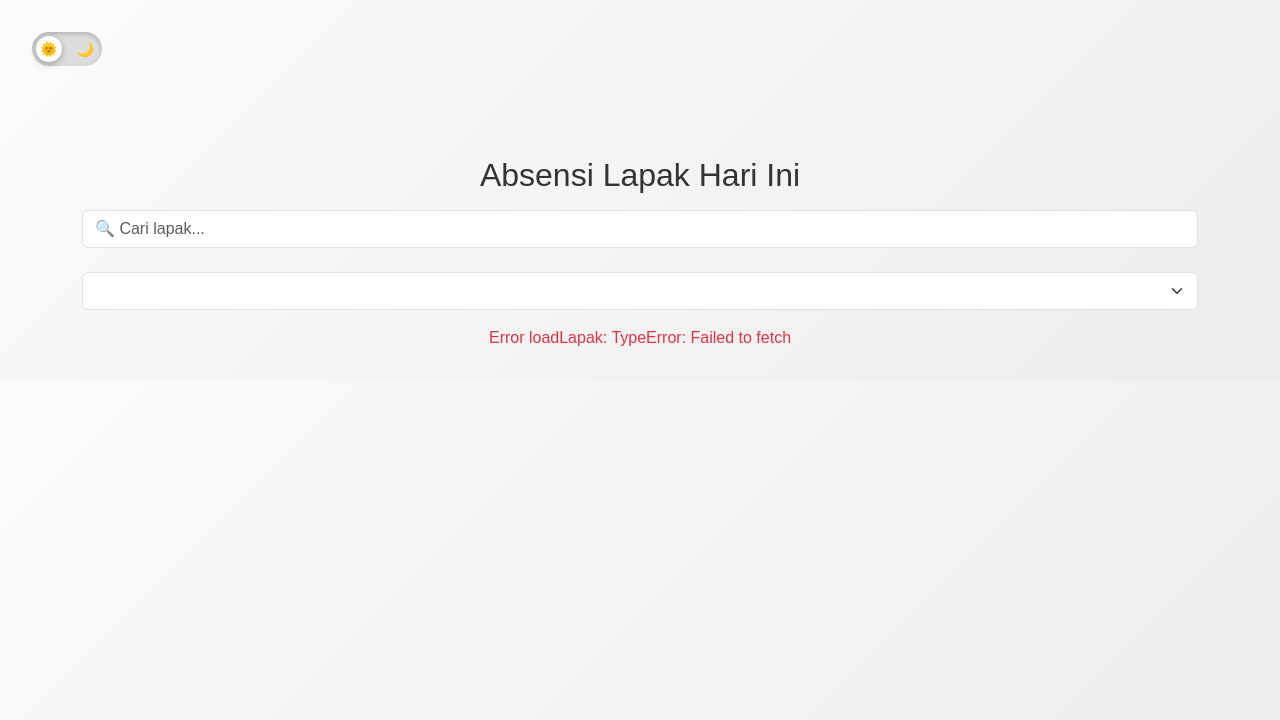
Repository: pasarrakyatbak/absensi
Page: index.html
An editor plug-in stored every save of this project. The page is shown before and after the next save, followed by the edit.
The browser window is 1280 px wide. The pictures show the whole page.
The page's requests for data from a server got no answer.

Above is the page before, as saved 2025-09-22 05:59:39.

### index.html
<!DOCTYPE html>
<html lang="id">

<head>
    <meta charset="UTF-8">
    <meta name="viewport" content="width=device-width, initial-scale=1.0">
    <title>Absensi Lapak</title>
    <link href="https://cdn.jsdelivr.net/npm/bootstrap@5.3.2/dist/css/bootstrap.min.css" rel="stylesheet">
    <link rel="stylesheet" href="style.css">
</head>

<body class="p-3">
    <!-- Toggle Dark Mode -->
    <div class="dark-toggle mb-3">
        <input type="checkbox" id="darkSwitch">
        <label for="darkSwitch" class="toggle-label">
            <span class="toggle-icon">🌞</span>
            <span class="toggle-ball"></span>
            <span class="toggle-icon">🌙</span>
        </label>
    </div>

    <div class="container">

        <!-- Ringkasan -->
        <div id="lapakSummary" class="summary-cards mb-4"></div>

        <!-- Info Banner -->
        <div id="absensiInfoBanner" class="alert text-center mb-3"></div>
        <!-- Judul & Search -->
        <h2 class="mb-3 text-center">Absensi Lapak Hari Ini</h2>
        <input type="text" id="searchInput" class="form-control mb-4" placeholder="🔍 Cari lapak...">
        <select id="lapakPageSelect" class="form-select mb-3">
            <!-- Option akan diisi otomatis dari JS -->
        </select>
        <!-- Daftar Lapak -->
        <div id="lapakContainer" class="row"></div>
    </div>

    <!-- Modal Absensi -->
    <div id="absensiModal" class="modal-overlay">
        <div class="modal-content">
            <h5 id="absensiInfo"></h5>
            <div id="modalStatusLabel" class="mb-3"></div> <!-- badge tampil di sini -->
            <button id="modalAbsenBtn">Absen</button>
            <button class="btn btn-secondary" onclick="closeAbsensiModal()">Tutup</button>
        </div>
    </div>


    <!-- Loader -->
    <div id="absensiLoading" class="d-none">
        <div class="loader-content text-center">
            <div class="spinner-border text-light" role="status" style="width:3rem;height:3rem;"></div>
            <p id="absensiLoadingText" class="text-white mt-2">Sedang memproses...</p>
        </div>
    </div>

    <script src="script.js"></script>
</body>

</html>

### style.css
body {
    background: linear-gradient(135deg, #fdfbfb, #ebedee);
    font-family: 'Poppins', sans-serif;
    color: #333;
    transition: background 0.3s ease, color 0.3s ease;
    margin: 0;
    padding: 0;
}

body.dark {
    background: linear-gradient(135deg, #0f2027, #203a43, #2c5364);
    color: #f1f1f1;
}

/* ================= Card umum ================= */
.lapak-card {
    position: relative;
    overflow: hidden;
    border-radius: 16px;
    padding: 1rem;
    backdrop-filter: blur(8px);
    transition: transform 0.25s ease, box-shadow 0.25s ease, background 0.3s ease, border 0.3s ease, color 0.3s ease;
    box-shadow: 0 4px 12px rgba(0, 0, 0, 0.08);
}

.lapak-badge {
    position: absolute;
    top: 10px;
    left: 10px;
    padding: 0.25rem 0.5rem;
    font-size: 0.75rem;
    font-weight: 600;
    border-radius: 8px;
    color: #fff;
    z-index: 2;
    box-shadow: 0 2px 6px rgba(0, 0, 0, 0.15);
    transition: background 0.3s ease, transform 0.25s ease;
}

/* Warna badge sesuai status */
.lapak-badge.bg-success {
    background-color: #28a745;
}

.lapak-badge.bg-danger {
    background-color: #dc3545;
}

/* Dark mode badge */
body.dark .lapak-badge.bg-success {
    background-color: #4caf50;
}

body.dark .lapak-badge.bg-danger {
    background-color: #b23c3c;
}

/* Hover effect */
.lapak-card:hover {
    transform: translateY(-6px);
    box-shadow: 0 10px 25px rgba(0, 0, 0, 0.2);
}

.lapak-card.disabled {
    pointer-events: none;
    opacity: 0.6;
}

/* Default teks dalam card */
.lapak-card .card-title,
.lapak-card .card-text,
.lapak-card .status-text {
    color: inherit;
    transition: color 0.3s ease;
}

/* ================= Modal ================= */
#absensiModal {
    display: none;
    position: fixed;
    top: 0;
    left: 0;
    width: 100%;
    height: 100%;
    background: rgba(0, 0, 0, 0.6);
    backdrop-filter: blur(6px);
    justify-content: center;
    align-items: center;
    z-index: 1050;
    padding: 1rem;
    box-sizing: border-box;
}

#absensiModal .modal-content {
    background: rgba(255, 255, 255, 0.9);
    padding: 1.5rem;
    border-radius: 16px;
    text-align: center;
    max-width: 400px;
    width: 100%;
    transition: background 0.3s ease, color 0.3s ease, transform 0.25s ease;
    box-shadow: 0 8px 24px rgba(0, 0, 0, 0.2);
}

#absensiModal .modal-content:hover {
    transform: scale(1.02);
}

body.dark #absensiModal .modal-content {
    background: rgba(30, 30, 30, 0.95);
    color: #f1f1f1;
}

/* ================= Loader ================= */
#absensiLoading {
    position: fixed;
    top: 0;
    left: 0;
    width: 100%;
    height: 100%;
    background: rgba(0, 0, 0, 0.7);
    justify-content: center;
    align-items: center;
    z-index: 2000;
    backdrop-filter: blur(6px);
}

/* ================= Sudah hadir ================= */
.lapak-card.hadir {
    background-color: #d4edda;
    /* hijau muda */
    border: 1px solid #c3e6cb;
    color: #155724;
    /* teks hijau gelap */
}

body.dark .lapak-card.hadir {
    background: rgba(45, 62, 51, 0.8);
    border: 1px solid #4caf50;
    color: #90ee90;
}

/* ================= Belum hadir ================= */
.lapak-card.belum {
    background-color: #f8d7da;
    /* merah muda */
    border: 1px solid #f5c6cb;
    color: #721c24;
    /* teks merah gelap */
}

.lapak-card {
    transition: background-color 0.3s, border-color 0.3s, color 0.3s;
}

body.dark .lapak-card.belum {
    background: rgba(30, 30, 30, 0.9);
    border: 1px solid #444;
    color: #f1f1f1;
}

/* ================= Toggle wrapper ================= */
.dark-toggle {
    display: flex;
    justify-content: flex-start;
    align-items: center;
    margin: 1rem;
}

/* Hidden checkbox */
.dark-toggle input {
    display: none;
}

/* Label sebagai saklar */
.toggle-label {
    background: #ddd;
    border-radius: 50px;
    cursor: pointer;
    display: flex;
    align-items: center;
    justify-content: space-between;
    width: 70px;
    height: 34px;
    position: relative;
    transition: background 0.3s ease;
    padding: 0 8px;
    font-size: 14px;
    box-shadow: inset 0 2px 5px rgba(0, 0, 0, 0.2);
}

/* Bulatan */
.toggle-ball {
    position: absolute;
    top: 4px;
    left: 4px;
    width: 26px;
    height: 26px;
    background: #fff;
    border-radius: 50%;
    transition: transform 0.3s ease, background 0.3s ease;
    box-shadow: 0 2px 6px rgba(0, 0, 0, 0.3);
}

/* Ikon matahari 🌞 dan bulan 🌙 */
.toggle-icon {
    z-index: 2;
}

/* Aktif (dark mode) */
.dark-toggle input:checked+.toggle-label {
    background: #444;
}

.dark-toggle input:checked+.toggle-label .toggle-ball {
    transform: translateX(36px);
    background: #90ee90;
}

/* ================= Summary Cards ================= */
.summary-cards {
    display: flex;
    gap: 1rem;
    flex-wrap: wrap;
    justify-content: center;
}

.summary-card {
    flex: 1 1 120px;
    min-width: 120px;
    padding: 1rem;
    border-radius: 12px;
    text-align: center;
    font-weight: 600;
    box-shadow: 0 4px 12px rgba(0, 0, 0, 0.08);
    transition: background 0.3s ease, color 0.3s ease;
}

.summary-card.total {
    background: #e3f2fd;
    color: #1565c0;
}

.summary-card.hadir {
    background: #d4edda;
    color: #155724;
}

.summary-card.belum {
    background: #f8d7da;
    color: #721c24;
}

.summary-card div {
    margin-top: 4px;
    font-weight: normal;
}

.summary-progress .progress {
    background: rgba(0, 0, 0, 0.1);
}

body.dark .summary-progress .progress {
    background: rgba(255, 255, 255, 0.1);
}

.progress-bar {
    font-size: 0.85rem;
    font-weight: 600;
    color: #fff;
    text-align: center;
}

/* Dark mode */
body.dark .summary-card.total {
    background: #1e3a5f;
    color: #90caf9;
}

body.dark .summary-card.hadir {
    background: #2d3e33;
    color: #90ee90;
}

body.dark .summary-card.belum {
    background: #5c2b2b;
    color: #f28b82;
}

/* ================= Modal Tombol ================= */
#modalAbsenBtn {
    width: 100%;
    padding: 0.75rem;
    font-size: 1.1rem;
    font-weight: 600;
    border-radius: 12px;
    transition: background 0.3s ease, transform 0.2s ease;
}

#modalAbsenBtn:hover {
    transform: scale(1.05);
}

/* Warna default hijau */
#modalAbsenBtn {
    background-color: #28a745;
    color: #fff;
    border: none;
}

body.modal-open {
    overflow: hidden;
}

.container.blur {
    filter: blur(6px);
    transition: filter 0.25s ease;
}

/* Dark mode */
body.dark #modalAbsenBtn {
    background-color: #4caf50;
    color: #fff;
}

/* Tombol tutup modal */
#absensiModal .btn-secondary {
    margin-top: 0.5rem;
    width: 100%;
}

/* ================= Modal Animasi ================= */
.modal-overlay {
    display: none;
    /* default hidden */
    position: fixed;
    top: 0;
    left: 0;
    width: 100%;
    height: 100%;
    background: rgba(0, 0, 0, 0.6);
    backdrop-filter: blur(6px);
    justify-content: center;
    align-items: center;
    z-index: 1050;
    padding: 1rem;
    box-sizing: border-box;

    /* Animasi */
    opacity: 0;
    transition: opacity 0.25s ease;
}

.modal-overlay.show {
    display: flex;
    opacity: 1;
}

.modal-content {
    background: rgba(255, 255, 255, 0.9);
    padding: 1.5rem;
    border-radius: 16px;
    text-align: center;
    max-width: 400px;
    width: 100%;
    box-shadow: 0 8px 24px rgba(0, 0, 0, 0.2);
    transform: scale(0.9);
    transition: transform 0.25s ease, background 0.3s ease, color 0.3s ease;
}

/* Blur latar belakang dinamis */
.container.blur {
    filter: blur(0px);
    transition: filter 0.3s ease;
}

.modal-overlay.show+.container.blur {
    filter: blur(6px);
}

.modal-overlay.show .modal-content {
    transform: scale(1);
}

/* Dark mode */
body.dark .modal-content {
    background: rgba(30, 30, 30, 0.95);
    color: #f1f1f1;
}

.badge {
    display: inline-block;
    margin-top: 6px;
    padding: 0.25rem 0.5rem;
    font-size: 0.75rem;
    border-radius: 8px;
    font-weight: 600;
}

.bg-success {
    background-color: #28a745;
    color: #fff;
}

.bg-danger {
    background-color: #dc3545;
    color: #fff;
}

body.dark .bg-success {
    background-color: #4caf50;
}

body.dark .bg-danger {
    background-color: #b23c3c;
}


/* ================= RESPONSIVE ================= */
/* Responsive */
@media (max-width: 576px) {
    #modalAbsenBtn {
        font-size: 1rem;
        padding: 0.6rem;
    }
}

@media (min-width: 577px) and (max-width: 991px) {
    #modalAbsenBtn {
        font-size: 1.05rem;
    }
}

/* HP kecil (≤576px) */
@media (max-width: 576px) {
    .lapak-card {
        font-size: 14px;
        padding: 0.8rem;
    }

    .lapak-card .card-title {
        font-size: 16px;
    }

    .lapak-card .card-text {
        font-size: 13px;
    }

    .lapak-card .status-text {
        font-size: 12px;
    }

    #absensiModal .modal-content {
        max-width: 95%;
        padding: 1rem;
    }

    .toggle-label {
        width: 60px;
        height: 30px;
        font-size: 12px;
    }

    .toggle-ball {
        width: 22px;
        height: 22px;
    }
}

/* Tablet (577px – 991px) */
@media (min-width: 577px) and (max-width: 991px) {
    .lapak-card {
        font-size: 15px;
        padding: 1rem;
    }

    .lapak-card .card-title {
        font-size: 18px;
    }

    .lapak-card .card-text {
        font-size: 14px;
    }

    .lapak-card .status-text {
        font-size: 13px;
    }

    #absensiModal .modal-content {
        max-width: 80%;
    }
}

/* Desktop (≥992px) */
@media (min-width: 992px) {
    .lapak-card {
        font-size: 16px;
        padding: 1.2rem;
    }

    .lapak-card .card-title {
        font-size: 20px;
    }

    .lapak-card .card-text {
        font-size: 15px;
    }

    .lapak-card .status-text {
        font-size: 14px;
    }

    #absensiModal .modal-content {
        max-width: 400px;
    }
}

/* ================= Responsive ================= */
@media (max-width: 768px) {
    .summary-cards {
        flex-direction: column;
        align-items: center;
    }

    .summary-card {
        width: 90%;
        max-width: none;
    }
}

### script.js
const API_URL = "https://script.google.com/macros/s/AKfycby4z2qZ24SrJkcyGpybH29lSUC_3_z1LG-7wSmTzpaOEXrwjXf0Cl3hqkg95qAxPj1-/exec";
const darkSwitch = document.getElementById("darkSwitch");
let lapakData = [];
let currentLapakId = null;
let absensiMingguan = false;
let lastScrollY = 0;
let currentPage = 1;
const itemsPerPage = 10;
// =================== Loader ===================
function showAbsensiLoading(show, text = "Sedang menyimpan data...") {
    const loader = document.getElementById("absensiLoading");
    const loadingText = document.getElementById("absensiLoadingText");
    if (!loader || !loadingText) return;

    loader.classList.toggle("d-flex", show);
    loader.classList.toggle("d-none", !show);
    loadingText.textContent = text;
}

// =================== Load semua lapak ===================
async function loadLapak() {
    showAbsensiLoading(true, "Sedang memuat data lapak...");
    try {
        const res = await fetch(API_URL + "?action=lapakHariIni");
        const json = await res.json();

        if (!json.success) {
            document.getElementById("lapakContainer").innerHTML =
                `<p class="text-center text-danger">Gagal load data: ${json.message}</p>`;
            showAbsensiLoading(false);
            return;
        }

        lapakData = json.data;
        renderLapakPage(lapakData, 1);
        updateSummary();
        updateAbsensiInfo();
        showAbsensiLoading(false);
    } catch (err) {
        document.getElementById("lapakContainer").innerHTML =
            `<p class="text-center text-danger">Error loadLapak: ${err}</p>`;
        showAbsensiLoading(false);
    }
}

// =================== Modal ===================
function openAbsensiModal(noLapak, namaLapak) {
    currentLapakId = noLapak;
    const modal = document.getElementById("absensiModal");
    const info = document.getElementById("absensiInfo");
    const statusLabel = document.getElementById("modalStatusLabel");
    const container = document.querySelector(".container");
    if (!modal || !info || !container || !statusLabel) return;

    const lapak = lapakData.find(l => String(l.noLapak) === String(noLapak));
    const hadir = lapak?.statusAbsensi === "✅ Hadir";

    info.textContent = `Absen untuk Lapak ${noLapak} - ${namaLapak}`;
    statusLabel.innerHTML = hadir
        ? '<span class="badge bg-success">Sudah Absen</span>'
        : '<span class="badge bg-danger">Belum Absen</span>';

    container.classList.add("blur");
    document.body.classList.add("modal-open");
    modal.style.display = "flex";

    setTimeout(() => modal.classList.add("show"), 10);
    updateBlurOnScroll();
}

function closeAbsensiModal() {
    const modal = document.getElementById("absensiModal");
    const container = document.querySelector(".container");
    if (!modal || !container) return;

    modal.classList.remove("show");
    container.classList.remove("blur");
    container.style.filter = "";
    document.body.classList.remove("modal-open");

    setTimeout(() => {
        if (!modal.classList.contains("show")) modal.style.display = "none";
    }, 250);

    lastScrollY = 0;
}

// =================== Render lapak per page ===================
function renderLapakPage(data, page = 1) {
    const totalPages = Math.ceil(data.length / itemsPerPage);
    currentPage = page;

    // Update dropdown
    const pageSelect = document.getElementById("lapakPageSelect");
    if (pageSelect) {
        pageSelect.innerHTML = "";
        for (let i = 1; i <= totalPages; i++) {
            const start = (i - 1) * itemsPerPage + 1;
            const end = Math.min(i * itemsPerPage, data.length);
            const option = document.createElement("option");
            option.value = i;
            option.textContent = `${start}-${end}`;
            if (i === page) option.selected = true;
            pageSelect.appendChild(option);
        }
        pageSelect.onchange = () => renderLapakPage(data, parseInt(pageSelect.value));
    }

    const startIndex = (page - 1) * itemsPerPage;
    const pagedData = data.slice(startIndex, startIndex + itemsPerPage);
    renderLapak(pagedData);
}

// =================== Absen ke server ===================
async function absenLapak(noLapak) {
    showAbsensiLoading(true, "Menyimpan absensi...");

    const card = document.querySelector(`.lapak-card[data-no-lapak="${noLapak}"]`);
    if (!card) {
        showAbsensiLoading(false);
        return;
    }

    try {
        const res = await fetch(API_URL, {
            method: "POST",
            headers: { "Content-Type": "application/x-www-form-urlencoded" },
            body: new URLSearchParams({ action: "absen", noLapak, password: "panitia123" })
        });
        const json = await res.json();

        if (!json.success) {
            alert(json.message || "❌ Gagal menyimpan absensi.");
        } else {
            const lapakIndex = lapakData.findIndex(l => String(l.noLapak) === String(noLapak));
            if (lapakIndex > -1) lapakData[lapakIndex].statusAbsensi = "✅ Hadir";
            renderLapak(lapakData);
            updateSummary();
            updateAbsensiInfo();
        }
    } catch (err) {
        alert("❌ Gagal menyimpan absensi.");
    }

    showAbsensiLoading(false);
}

// =================== Dark mode ===================
if (localStorage.getItem("darkMode") === "true") {
    document.body.classList.add("dark");
    darkSwitch.checked = true;
}

darkSwitch.addEventListener("change", () => {
    document.body.classList.toggle("dark", darkSwitch.checked);
    localStorage.setItem("darkMode", darkSwitch.checked ? "true" : "false");
});

// =================== Banner info ===================
function updateAbsensiInfo() {
    const banner = document.getElementById("absensiInfoBanner");
    if (!banner) return;

    const totalLapak = lapakData.length;
    const totalHadir = lapakData.filter(l => l.statusAbsensi === "✅ Hadir").length;

    if (totalLapak > 0 && totalLapak === totalHadir) {
        banner.style.display = "none";
        return;
    }

    banner.style.display = "block";
    banner.className = "alert alert-info text-center mb-3";
    banner.textContent = absensiMingguan
        ? "ℹ️ Absensi bisa dilakukan setiap MINGGU."
        : "ℹ️ Absensi bisa dilakukan setiap HARI.";
}

// =================== Summary ===================
function updateSummary() {
    const total = lapakData.length;
    const totalHadir = lapakData.filter(l => l.statusAbsensi === "✅ Hadir").length;
    const totalBelum = total - totalHadir;
    const persenHadir = total > 0 ? Math.round((totalHadir / total) * 100) : 0;
    const persenBelum = 100 - persenHadir;

    const summaryEl = document.getElementById("lapakSummary");
    if (!summaryEl) return;

    summaryEl.innerHTML = `
        <div class="summary-card total">
            <div class="label">Total Lapak</div>
            <div class="value">${total}</div>
        </div>
        <div class="summary-card hadir">
            <div class="label">✅ Hadir</div>
            <div class="value">${totalHadir}</div>
            <div class="extra">(${persenHadir}%)</div>
        </div>
        <div class="summary-card belum">
            <div class="label">❌ Belum</div>
            <div class="value">${totalBelum}</div>
            <div class="extra">(${persenBelum}%)</div>
        </div>
        <div class="summary-progress mt-3">
            <div class="progress" style="height: 20px; border-radius: 10px; overflow: hidden;">
                <div class="progress-bar bg-success" role="progressbar"
                    style="width: ${persenHadir}%"
                    aria-valuenow="${persenHadir}" aria-valuemin="0" aria-valuemax="100">
                    ${persenHadir > 15 ? persenHadir + "%" : ""}
                </div>
                <div class="progress-bar bg-danger" role="progressbar"
                    style="width: ${persenBelum}%"
                    aria-valuenow="${persenBelum}" aria-valuemin="0" aria-valuemax="100">
                    ${persenBelum > 15 ? persenBelum + "%" : ""}
                </div>
            </div>
        </div>
    `;
}

// =================== Tombol Absen Modal ===================
const modalAbsenBtn = document.getElementById("modalAbsenBtn");
if (modalAbsenBtn) {
    modalAbsenBtn.addEventListener("click", async () => {
        if (!currentLapakId) return;
        await absenLapak(currentLapakId);
        closeAbsensiModal();
    });
}

// =================== Blur dinamis scroll ===================
function updateBlurOnScroll() {
    const container = document.querySelector(".container");
    const modal = document.getElementById("absensiModal");

    if (!container || !modal) return;

    if (modal.classList.contains("show")) {
        const scrollY = window.scrollY || window.pageYOffset;
        const diff = Math.abs(scrollY - lastScrollY);
        container.style.filter = `blur(${6 + diff * 0.02}px)`;
        lastScrollY = scrollY;
    } else {
        container.style.filter = '';
        lastScrollY = 0;
    }
}
window.addEventListener("scroll", updateBlurOnScroll);
// =================== Search Lapak ===================
const searchInput = document.getElementById("searchInput");
if (searchInput) {
    searchInput.addEventListener("input", () => {
        const query = searchInput.value.trim().toLowerCase();
        const filtered = lapakData.filter(lapak => {
            return String(lapak.noLapak).toLowerCase().includes(query) ||
                (lapak.nama || "").toLowerCase().includes(query);
        });
        renderLapakPage(filtered, 1); // selalu mulai dari halaman 1
    });
}

// =================== Load pertama kali ===================
loadLapak();

After the next save:
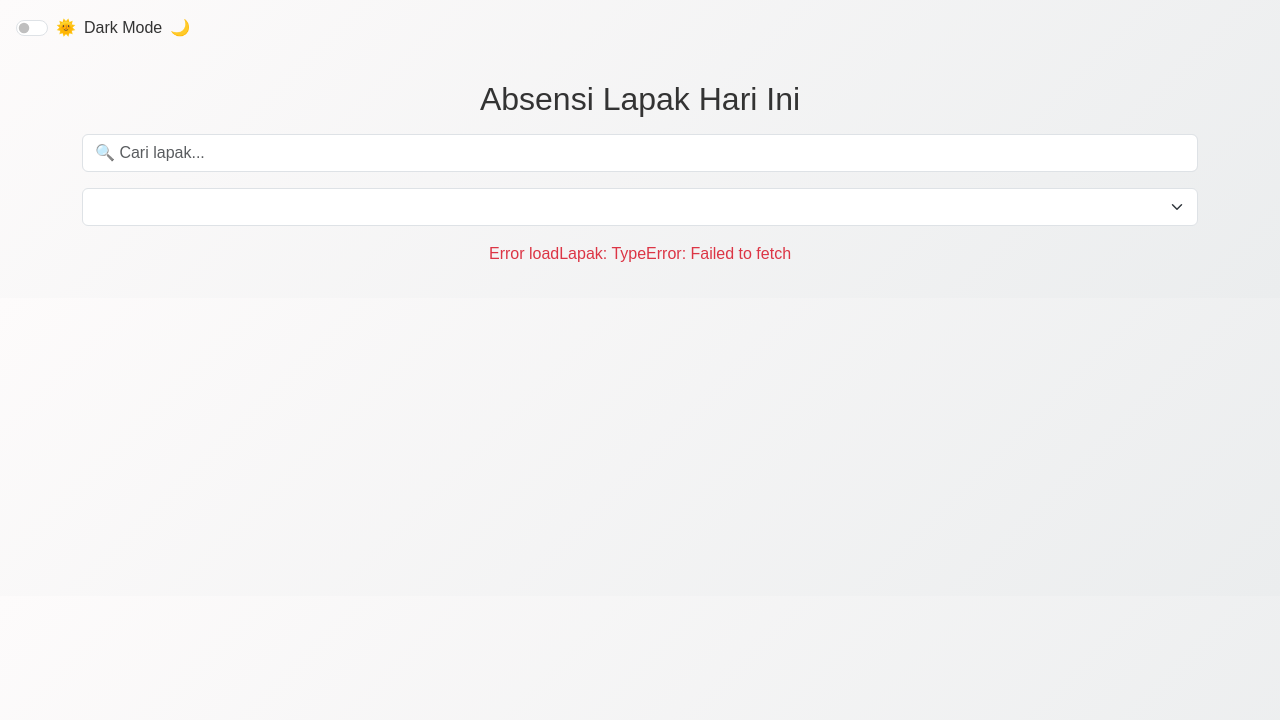
Saved 68 s later.
--- a/index.html
+++ b/index.html
@@ -10,47 +10,56 @@
 </head>
 
 <body class="p-3">
+
     <!-- Toggle Dark Mode -->
-    <div class="dark-toggle mb-3">
-        <input type="checkbox" id="darkSwitch">
-        <label for="darkSwitch" class="toggle-label">
-            <span class="toggle-icon">🌞</span>
-            <span class="toggle-ball"></span>
-            <span class="toggle-icon">🌙</span>
+    <div class="form-check form-switch mb-3">
+        <input class="form-check-input" type="checkbox" id="darkSwitch">
+        <label class="form-check-label" for="darkSwitch">
+            <span class="me-2">🌞</span>Dark Mode<span class="ms-2">🌙</span>
         </label>
     </div>
 
     <div class="container">
 
         <!-- Ringkasan -->
-        <div id="lapakSummary" class="summary-cards mb-4"></div>
+        <div id="lapakSummary" class="row mb-4"></div>
 
         <!-- Info Banner -->
-        <div id="absensiInfoBanner" class="alert text-center mb-3"></div>
+        <div id="absensiInfoBanner" class="alert text-center mb-3 d-none"></div>
+
         <!-- Judul & Search -->
         <h2 class="mb-3 text-center">Absensi Lapak Hari Ini</h2>
-        <input type="text" id="searchInput" class="form-control mb-4" placeholder="🔍 Cari lapak...">
-        <select id="lapakPageSelect" class="form-select mb-3">
-            <!-- Option akan diisi otomatis dari JS -->
-        </select>
+        <div class="mb-3">
+            <input type="text" id="searchInput" class="form-control" placeholder="🔍 Cari lapak...">
+        </div>
+
+        <div class="mb-3">
+            <select id="lapakPageSelect" class="form-select">
+                <!-- Option akan diisi otomatis dari JS -->
+            </select>
+        </div>
+
         <!-- Daftar Lapak -->
-        <div id="lapakContainer" class="row"></div>
+        <div id="lapakContainer" class="row g-3"></div>
+
     </div>
 
     <!-- Modal Absensi -->
-    <div id="absensiModal" class="modal-overlay">
-        <div class="modal-content">
-            <h5 id="absensiInfo"></h5>
+    <div id="absensiModal" class="modal-overlay d-none">
+        <div class="modal-content p-4 rounded shadow bg-light">
+            <h5 id="absensiInfo" class="mb-3"></h5>
             <div id="modalStatusLabel" class="mb-3"></div> <!-- badge tampil di sini -->
-            <button id="modalAbsenBtn">Absen</button>
-            <button class="btn btn-secondary" onclick="closeAbsensiModal()">Tutup</button>
+            <div class="d-flex gap-2">
+                <button type="button" id="modalAbsenBtn" class="btn btn-primary flex-grow-1">Absen</button>
+                <button type="button" class="btn btn-secondary flex-grow-1" onclick="closeAbsensiModal()">Tutup</button>
+            </div>
         </div>
     </div>
 
-
     <!-- Loader -->
-    <div id="absensiLoading" class="d-none">
-        <div class="loader-content text-center">
+    <div id="absensiLoading"
+        class="d-none position-fixed top-0 start-0 w-100 h-100 d-flex justify-content-center align-items-center bg-dark bg-opacity-75">
+        <div class="text-center">
             <div class="spinner-border text-light" role="status" style="width:3rem;height:3rem;"></div>
             <p id="absensiLoadingText" class="text-white mt-2">Sedang memproses...</p>
         </div>
